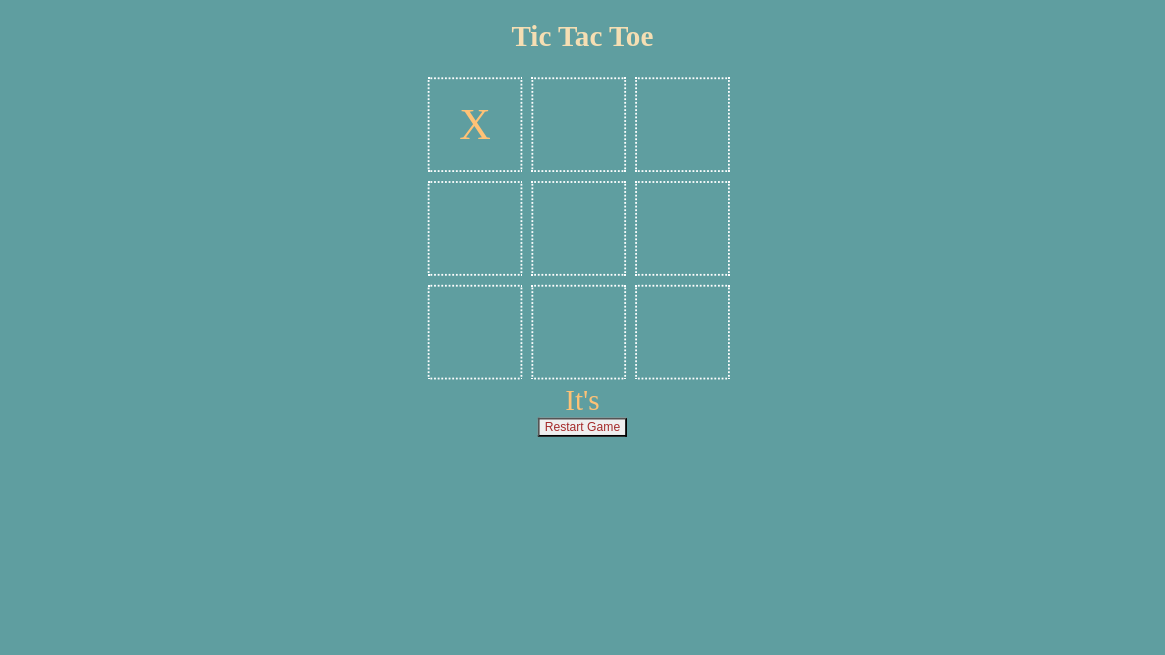
Repository: Hasmik-icml/Tic-Tac-Toe
Page: index.html
These files come from the project's save history. The page is drawn as it stood at one moment and after a run of saves; the edit follows.
The browser window is 1280 px wide. The pictures show the whole page, at 91% of full size.
After loading, the first visible `div.container` was clicked once.

Above is the page before, as saved 2022-02-02 22:40:47.

### index.html
<!DOCTYPE html>
<html lang="en">
<head>
  <meta charset="UTF-8">
  <meta http-equiv="X-UA-Compatible" content="IE=edge">
  <meta name="viewport" content="width=device-width, initial-scale=1.0">
  <link rel="stylesheet" href="/style.css">
  <title>Tic Tac Toe</title>
</head>
<body>
  <h1>Tic Tac Toe</h1>
  <div class="container">
    <div class="box">X</div>
    <div class="box"></div>
    <div class="box"></div>
    <div class="box"></div>
    <div class="box"></div>
    <div class="box"></div>
    <div class="box"></div>
    <div class="box"></div>
    <div class="box"></div>
  </div>
  <p class="display-player">It's</p>
  <button class="restart">Restart Game</button>
  <script src="/index.js"></script>
</body>
</html>

### style.css
body {
  background-color: cadetblue;
  text-align: center;
}

.container {
  display: flex;
  flex-wrap: wrap;
  width: 350px;
  margin: auto;
}

.box {
  border: 2px dotted white;
  margin: 5px;
  width: 100px;
  height: 100px;
  display: flex;
  justify-content: center;
  align-items: center;
  color: #ffc276;
  font-size: xxx-large;
  font-family: cursive;
}

h1 {
  text-align: center;
  color: wheat;
}

.display-player {
  text-align: center;
  color: #ffc276;
  font-size: xx-large;
  margin: 0;
}

.restart {
  border-style: outset;
  color: brown;
}

### index.js
let board = [
  ["", "", ""],
  ["", "", ""],
  ["", "", ""]
];

let player = "x";
let winer = false;

document.querySelector(".container").onclick = (event) => {
  let move = event.target;

  move.className

}

After the next 2 saves:
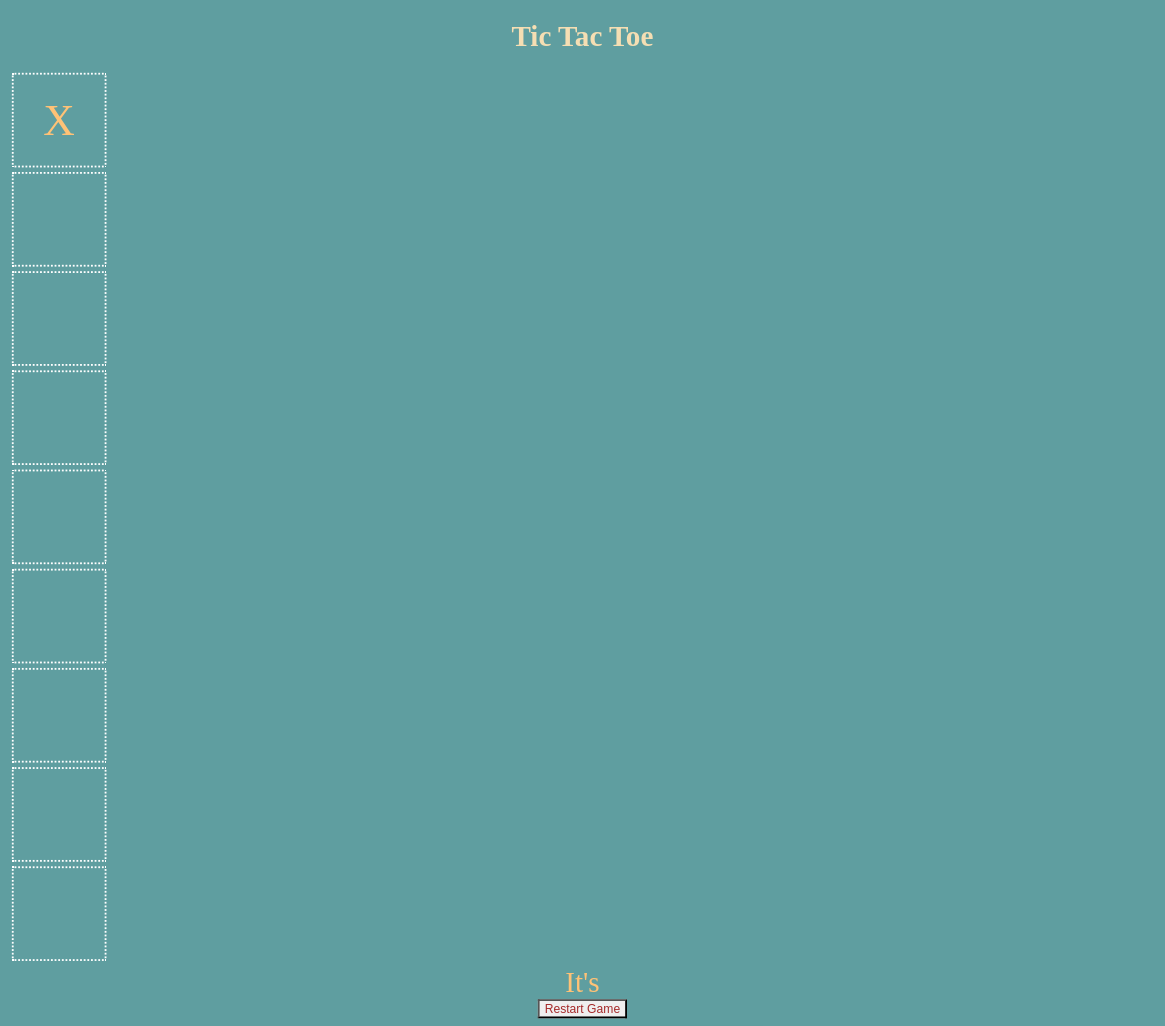
The 2 saves are shown as one change because they came seconds apart.
The last was saved 14 s later.
--- a/index.js
+++ b/index.js
@@ -10,6 +10,6 @@ let winer = false;
 document.querySelector(".container").onclick = (event) => {
   let move = event.target;
 
-  move.className
+  move.className = "blok"
 
 }
